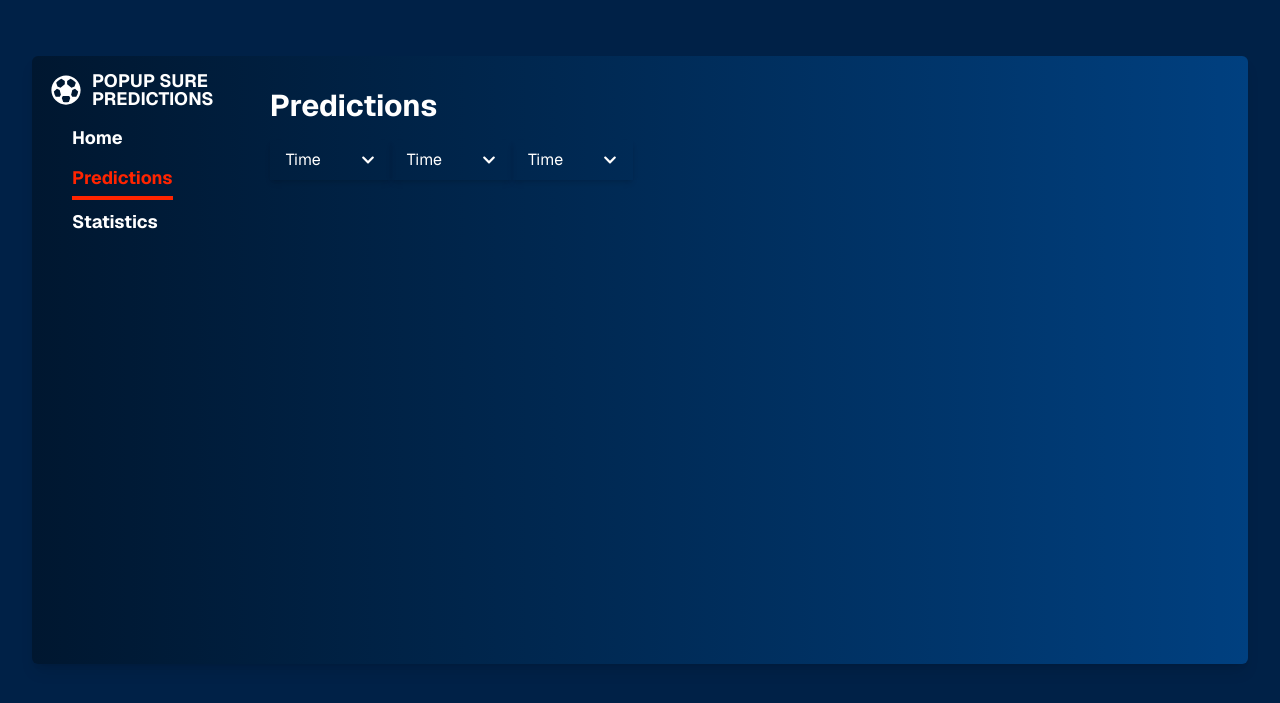
Repository: prototypedave/AlgoFooty
Page: /predictions (app in frontend/algo-footy/)
These files come from the project's save history. The page is drawn as it stood at one moment and after the next save; the edit follows.
The browser window is 1280 px wide. The pictures show the whole page.
The project was rebuilt for these pictures with package versions that can differ from the ones it lists, and the page was loaded fresh each time. The framework's server and built-in components were replaced by stand-ins that run in the browser. Also part of the build but not shown: frontend/algo-footy/next.config.ts.

Above is the page before, as saved 2025-11-03 07:21:29.

After the next save:
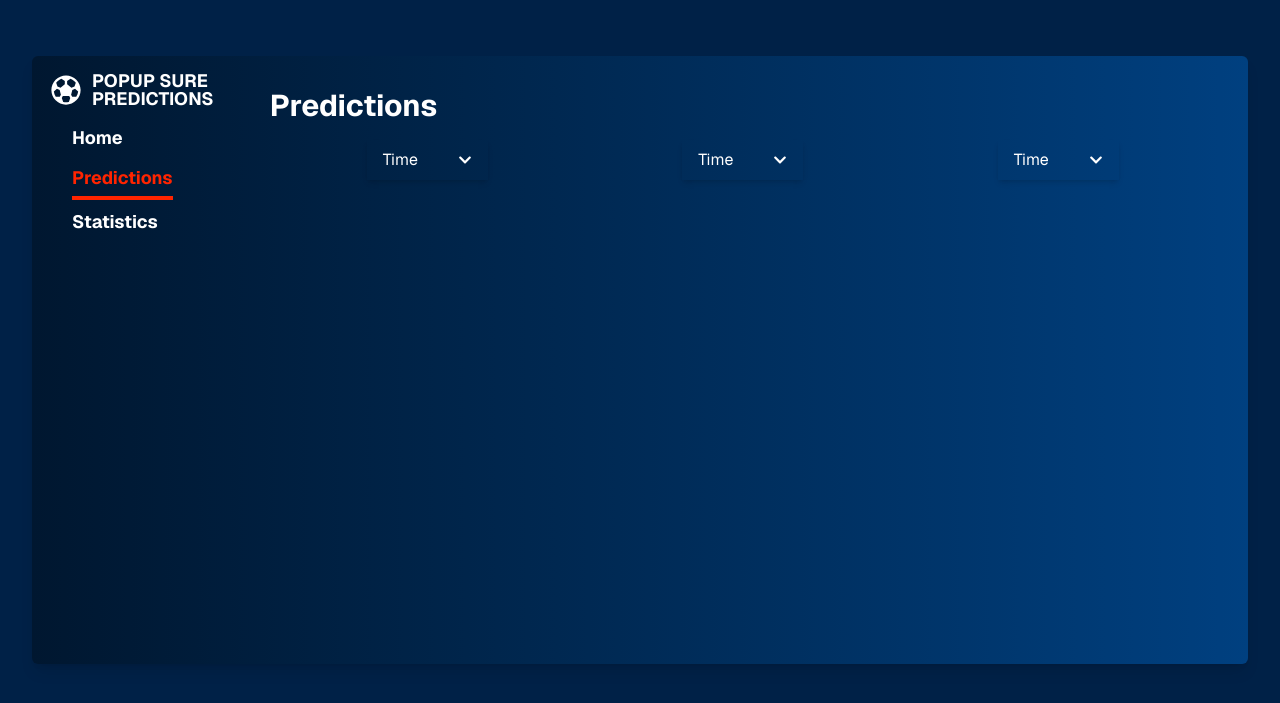
Saved 15 s later.
--- a/frontend/algo-footy/app/predictions/page.tsx
+++ b/frontend/algo-footy/app/predictions/page.tsx
@@ -36,7 +36,7 @@ export default function Predictions() {
                         <Link href={"/statistics"}>Statistics</Link>
                     </div>
                 </div>
-                <div className="flex flex-col p-4 gap-4">
+                <div className="flex flex-col p-4 gap-4 w-full">
                     <h1 className="text-3xl font-bold">Predictions</h1>
                     <div className="flex justify-around w-full">
                             <DropdownButton />
